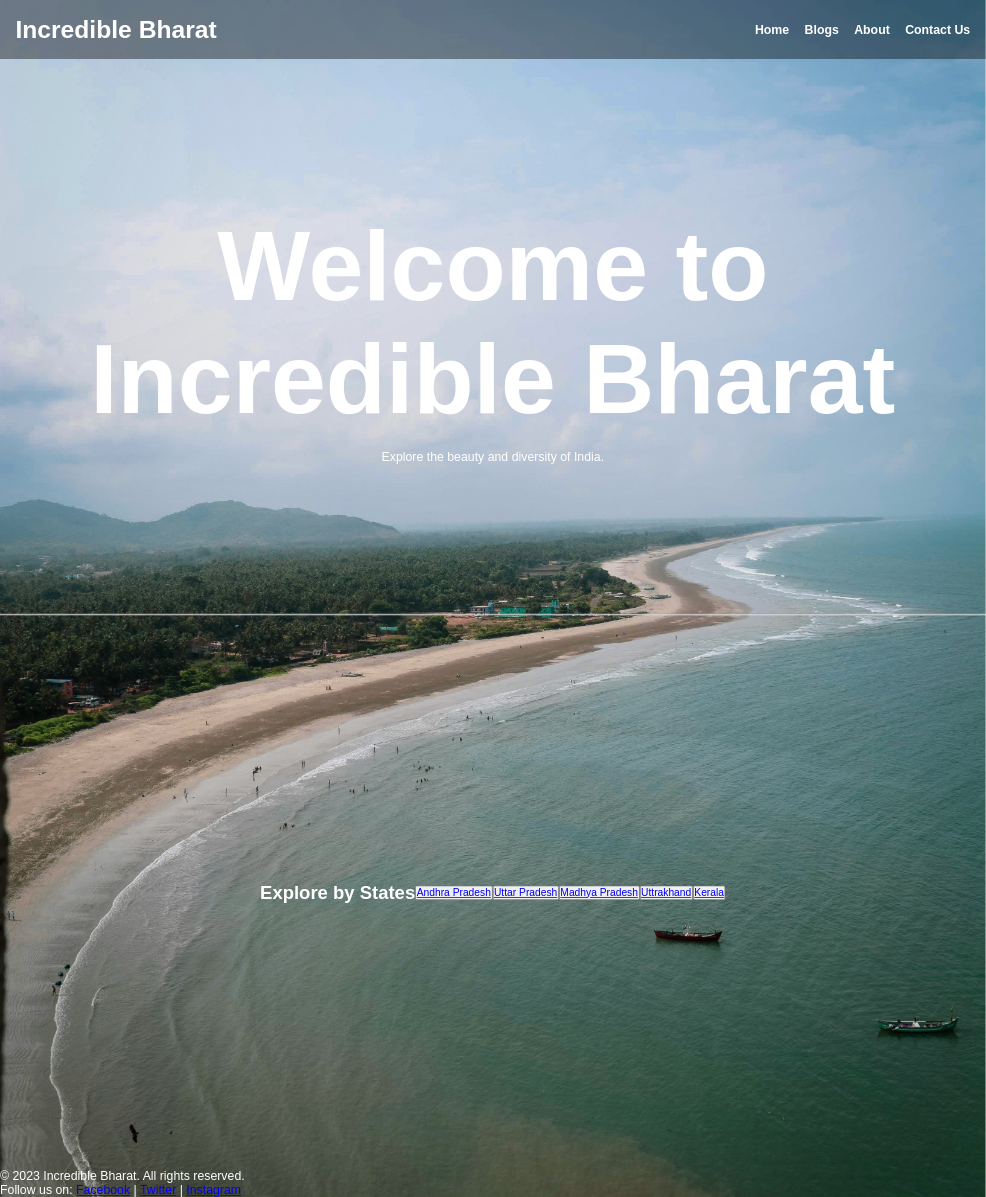
Repository: jaidhiman111/incrediblebharat
Page: index.html
These files come from the project's save history. The page is drawn as it stood at one moment and after the next save; the edit follows.
The browser window is 1280 px wide. The pictures show the whole page, at 77% of full size.

Above is the page before, as saved 2025-04-30 22:05:05.

### index.html
<!DOCTYPE html>
<html lang="en">
<head>
    <meta charset="UTF-8">
    <link rel="stylesheet" href="/assets/style.css">
    <meta name="viewport" content="width=device-width, initial-scale=1.0">
    <title>Document</title>
</head>
<body>
    <!-- This is the header of the page. -->
    <header class="header">
        <div class="logo">
            <h1>Incredible Bharat</h1>
        </div>
        <div class="nav">
            <nav>
                <ul>
                    <li>
                        <a href="#">Home</a>
                        <a href="#">Blogs</a>
                        <a href="#">About</a>
                        <a href="#">Contact Us</a>
                    </li>
                </ul>
            </nav>
        </div>
    </header>
    <!-- This is the main content of the page. -->
     <main class="main-container">
        <section class="hero-section">
            <h2>Welcome to Incredible Bharat</h2>
            <p>Explore the beauty and diversity of India.</p>
        </section>
        <hr>
        <section class="state-section">
            <h2>Explore by States</h2>
            <button type="button"><a href="#">Andhra Pradesh</a></button>
            <button type="button"><a href="#">Uttar Pradesh</a></button>
            <button type="button"><a href="#">Madhya Pradesh</a></button>
            <button type="button"><a href="#">Uttrakhand</a></button>
            <button type="button"><a href="#">Kerala</a></button>
        </section>
     </main>
     <!-- This is the footer of the page. -->
      <footer class="footer">
        <div>
            <p>&copy; 2023 Incredible Bharat. All rights reserved.</p>
            <p>Follow us on:
                <a href="#">Facebook</a> |
                <a href="#">Twitter</a> |
                <a href="#">Instagram</a>
        </div>
      </footer>
</body>
</html>

### assets/style.css
* {
    box-sizing: border-box;
    margin: 0;
    padding: 0;
}

body {
    font-family: Arial, sans-serif;
    background-image: url('/media/bg-cover.jpg');
    background-size: cover;
    background-repeat: no-repeat;
    background-position: center;
    color: #fff;
}

/* This is for header */
.header {
    background-color: rgba(0, 0, 0, 0.4);
    display: flex;
    justify-content: space-between;
    align-items: center;
    padding: 20px;
    position: sticky;
    top: 0;
    text-align: center;
}

li {
    list-style: none;
    display: flex;
    gap: 20px;
}

li a {
    text-decoration: none;
    color: #fff;
    font-weight: bold;
}

a:hover {
    color: #ff6347;
}

/* This is for section */
.hero-section {
    display: flex;
    flex-direction: column;    /* stack items vertically */
    justify-content: center;   /* center vertically */
    align-items: center;       /* center horizontally */
    height: 100vh;
    text-align: center;
}

.hero-section h2 {
    font-size: 8rem;
    margin-bottom: 20px;
}

.hero-section a {
    text-decoration: none;
    font-size: 1.5rem;
    margin-bottom: 20px;
}

.state-section {
    display: flex;
    justify-content: center;
    align-items: center;
    height: 100vh;
    text-align: center;
}

After the next save:
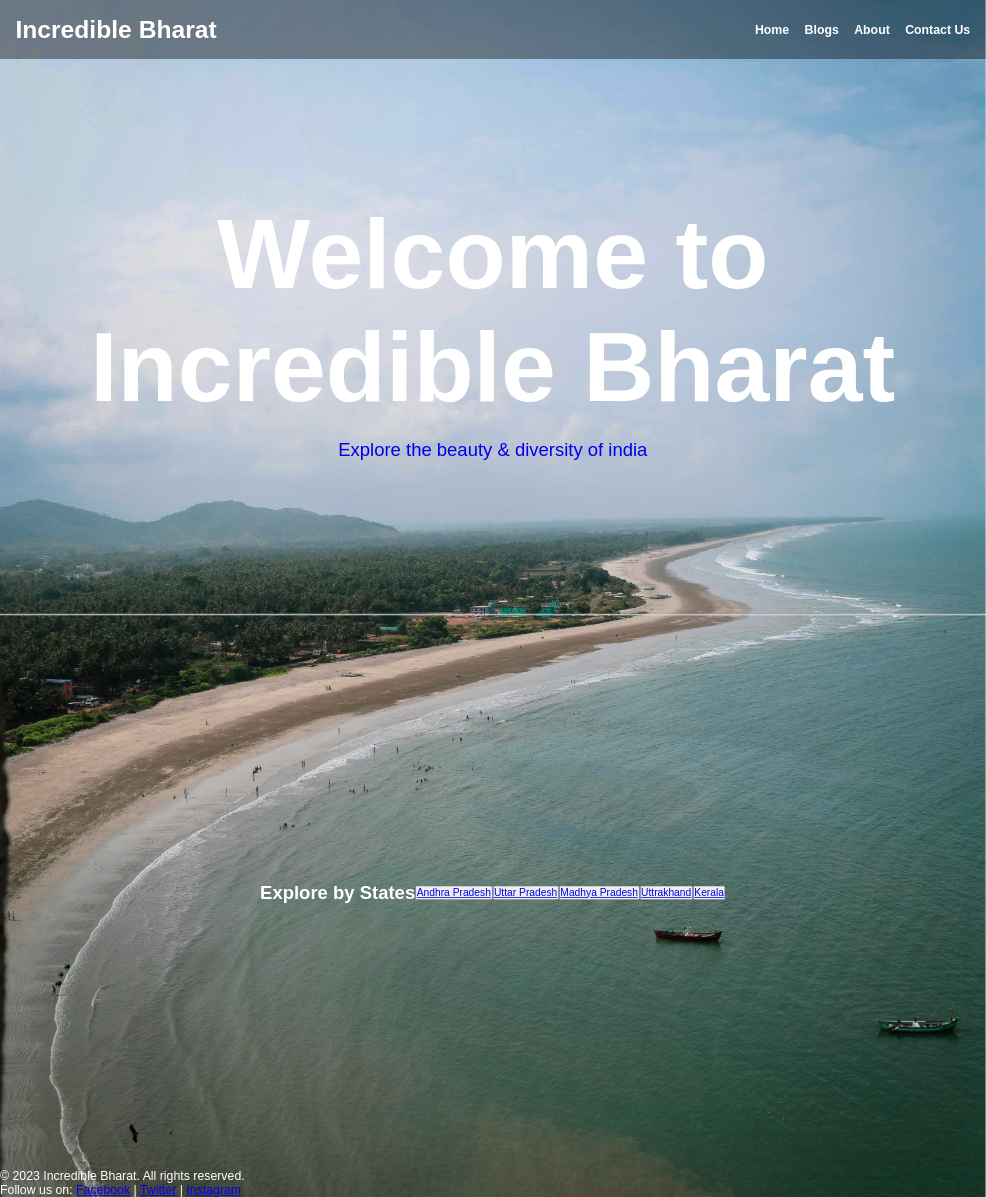
Saved 56 s later.
--- a/index.html
+++ b/index.html
@@ -29,7 +29,7 @@
      <main class="main-container">
         <section class="hero-section">
             <h2>Welcome to Incredible Bharat</h2>
-            <p>Explore the beauty and diversity of India.</p>
+            <a href="#">Explore the beauty & diversity of india</a>
         </section>
         <hr>
         <section class="state-section">
